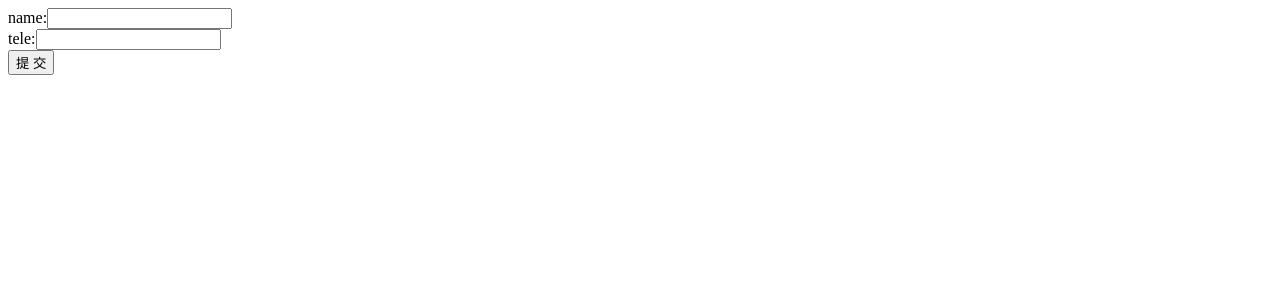
Repository: jhonprice/datecode
Page: http://localhost/jsp_study/3_6_1.jsp
These files come from the project's save history. The page is drawn as it stood at one moment and after the next save; the edit follows.
The browser window is 1280 px wide. The pictures show the whole page.
The page is served by Tomcat 9.

Above is the page before, as saved 2015-11-01 12:13:16.

After the next save:
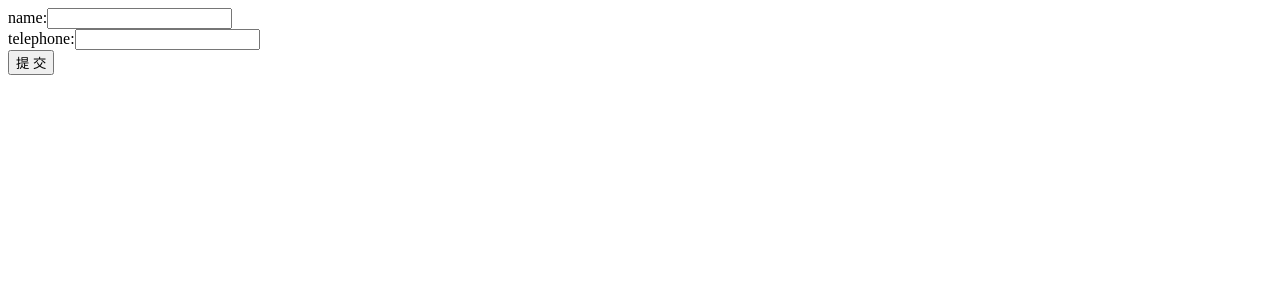
Saved 17 s later.
--- a/java空间/jsp_study/WebContent/3_6_1.jsp
+++ b/java空间/jsp_study/WebContent/3_6_1.jsp
@@ -9,7 +9,7 @@
 <body>
 	<form action="3_6_2.jsp" method="post">
 		name:<input name="rdName"><br>
-		tele:<input name="phName"><br>
+		telephone:<input name="phName"><br>
 		<input type="submit" value="提 交">
 	</form>
 </body>
